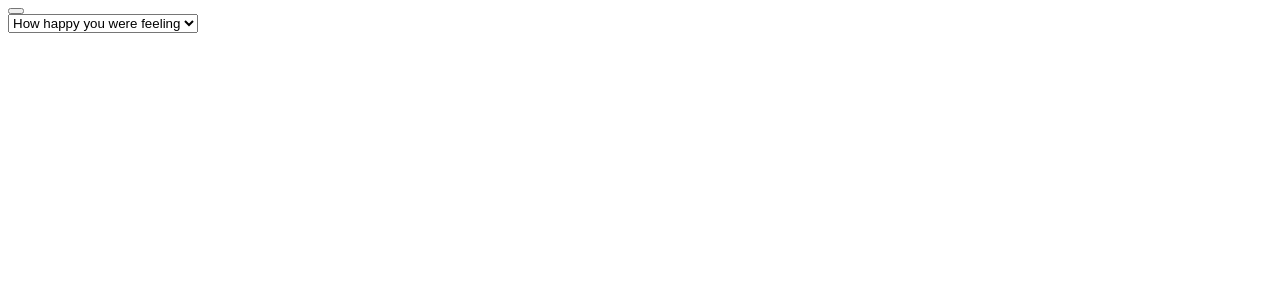
Repository: agustinbaretto/rainbow
Page: templates/history.html
The author's editor kept a record of every edit. The page is drawn from the files as they stood at one moment, then again after the next edit.
The browser window is 1280 px wide. The pictures show the whole page.

Above is the page before.

### templates/history.html
<ion-view title="History">
  <ion-nav-bar class="bar-positive nav-title-slide-ios7">
    <ion-nav-buttons side="left">
      <button menu-toggle="left" class="button button-icon icon ion-navicon"></button>
    </ion-nav-buttons>
  </ion-nav-bar>
  <ion-content class="has-header">
    <div class="list card" style="border:none;">
      <div class="list">

  <label class="item item-input item-select" style="border:none;">
    <select ng-model="axis" >
      <option value="arousal">How happy you were feeling</option>
      <option value="valence">How much energy you had</option>
      <option value="weather">How was weather?</option>
    </select>
  </label>
  </div>
      <div id="chartdiv" style="height:500px;">
      </div>
    </div>
  </ion-content>
</ion-view>

After the next edit:
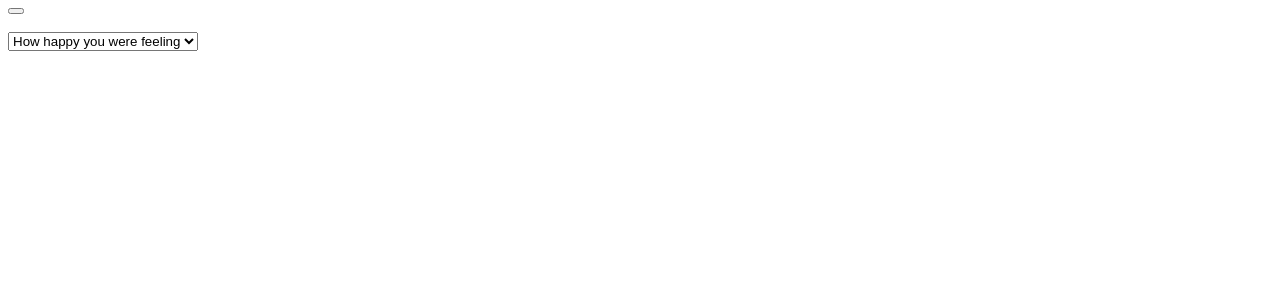
The edit:
--- a/templates/history.html
+++ b/templates/history.html
@@ -9,6 +9,9 @@
       <div class="list">
 
   <label class="item item-input item-select" style="border:none;">
+    <div class="input-label">
+      &nbsp;
+    </div>
     <select ng-model="axis" >
       <option value="arousal">How happy you were feeling</option>
       <option value="valence">How much energy you had</option>
